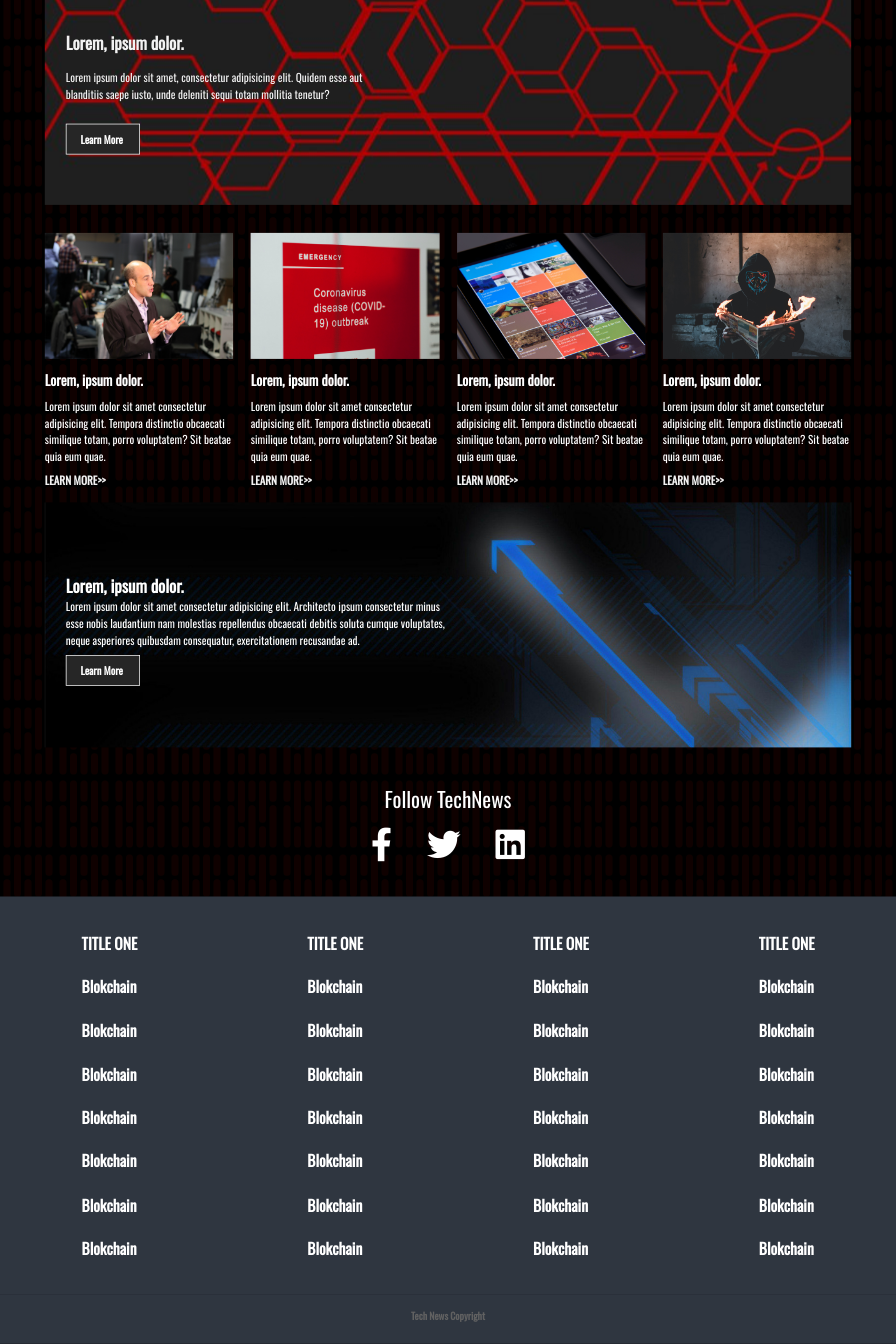
Repository: NickArregoces/News_Web
Page: index.html
These files come from the project's save history. The page is drawn as it stood at one moment and after the next save; the edit follows.
The browser window is 1280 px wide. The pictures show the part of the page from y = 1094 to 3014 px (the page is 3014 px tall before and 2962 px after), at 70% of full size.

Above is the page before, as saved 2021-12-24 21:20:35.

### index.html
<!DOCTYPE html>
<html lang="en">
<head>
    <meta charset="UTF-8">
    <meta http-equiv="X-UA-Compatible" content="IE=edge">
    <meta name="viewport" content="width=device-width, initial-scale=1.0">
    <title>TechNews</title>
    <!--FONT AWESOME-->
    <link rel="stylesheet" href="https://cdnjs.cloudflare.com/ajax/libs/font-awesome/6.0.0-beta3/css/all.min.css">

    <link rel="stylesheet" href="style.Css">
    <!--Oswald FONTS-->
    <link rel="preconnect" href="https://fonts.googleapis.com">
<link rel="preconnect" href="https://fonts.gstatic.com" crossorigin>
<link href="https://fonts.googleapis.com/css2?family=Oswald:wght@200;300;400&display=swap" rel="stylesheet">
</head>
<body>


    <div class="menu-btn">
        <i class="fas fa-bars fa-2x" ></i><!---fa-2x doble del tamañp-->

    </div>

    <div class="container">

        <nav class ="nav-main">
            <img src="img/brand.png" alt="" class="nav-brand">

            <ul class="nav-menu show">
                <li>
                    <a href="#">Web Development</a>
                </li>
                <li>
                    <a href="#">blochain</a>
                </li>
                <li>
                    <a href="#">Artificial Intelligence</a>
                </li>
                <li>
                    <a href="#">Machine Learning</a>
                </li>
                <li>
                    <a href="#">Quantum Computing</a>
                </li>
                <li>
                    <a href="#">Startup</a>
                </li>
                <li>
                    <a href="#">More</a>
                </li>
            </ul>
            <ul class="nav-menu-right">
                <li>
                    <a href="">
                        <i class="fas fa-search"></i>
                    </a>
                </li>
            </ul>
        </nav>
        <hr> <!--Crea una linea -->


        <!--Showcase=Imagen pricnipal-->
        <header class="showcase">
            <h2>Big News Today</h2>
            <p>Lorem ipsum dolor sit, amet consectetur adipisicing elit. A laboriosam eaque, praesentium suscipit velit harum cupiditate unde corrupti vitae, asperiores beatae quae. Minima veritatis quas blanditiis et assumenda aperiam voluptatum!</p>
        <!--lorem30 te crea 30 palabras-->
            <a class="btn" href="#">Read More>> <i class="fas fa-angles-double-right"></i></a>
        </header>

        <!--NEWS CARDS(COLUMNAS)-->
        <div class="news-cards">
            <div class="">
                <img src="img/news1.jpg" alt="News 1">
                <h3>Lorem, ipsum dolor.</h3>
                <p>Lorem ipsum dolor sit amet consectetur adipisicing elit. Tempora distinctio obcaecati similique totam, porro voluptatem? Sit beatae quia eum quae.</p>
                <a href="">Learn More>><i class="fas fa-amgle-dpuble-right"></i></a>
            </div>
            <div class="">
                <img src="img/news2.jpg" alt="News 2">
                <h3>Lorem, ipsum dolor.</h3>
                <p>Lorem ipsum dolor sit amet consectetur adipisicing elit. Tempora distinctio obcaecati similique totam, porro voluptatem? Sit beatae quia eum quae.</p>
                <a href="">Learn More>><i class fas fa-amgle-dpuble-right></i></a>
            </div>
            <div class="">
                <img src="img/news3.jpg" alt="News 3">
                <h3>Lorem, ipsum dolor.</h3>
                <p>Lorem ipsum dolor sit amet consectetur adipisicing elit. Tempora distinctio obcaecati similique totam, porro voluptatem? Sit beatae quia eum quae.</p>
                <a href="">Learn More>><i class="fas fa-amgle-dpuble-right" ></i></a>
            </div>
            <div class="">
                <img src="img/news4.jpg" alt="News 4">
                <h3>Lorem, ipsum dolor.</h3>
                <p>Lorem ipsum dolor sit amet consectetur adipisicing elit. Tempora distinctio obcaecati similique totam, porro voluptatem? Sit beatae quia eum quae.</p>
                <a href="">Learn More>><i class="fas fa-amgle-dpuble-right"></i></a>
            </div>
        </div>

        <div>

            <section class="cards-banner-one">
                <div class="content">
                    <h2>Lorem, ipsum dolor.</h2>
                    <p>Lorem ipsum dolor sit amet, consectetur adipisicing elit. Quidem esse aut blanditiis saepe iusto, unde deleniti sequi totam mollitia tenetur?</p>
                    <a href="#" class="btn">Learn More <i class="fas fa-amgle-dpuble-right"></i></a>
                </div>

            </section>

            <!--NEWS CARDS(COLUMNAS)-->
        <div class="news-cards">
            <div class="">
                <img src="img/news1.jpg" alt="News 1">
                <h3>Lorem, ipsum dolor.</h3>
                <p>Lorem ipsum dolor sit amet consectetur adipisicing elit. Tempora distinctio obcaecati similique totam, porro voluptatem? Sit beatae quia eum quae.</p>
                <a href="">Learn More>><i class="fas fa-amgle-dpuble-right"></i></a>
            </div>
            <div class="">
                <img src="img/news2.jpg" alt="News 2">
                <h3>Lorem, ipsum dolor.</h3>
                <p>Lorem ipsum dolor sit amet consectetur adipisicing elit. Tempora distinctio obcaecati similique totam, porro voluptatem? Sit beatae quia eum quae.</p>
                <a href="">Learn More>><i class fas fa-amgle-dpuble-right></i></a>
            </div>
            <div class="">
                <img src="img/news3.jpg" alt="News 3">
                <h3>Lorem, ipsum dolor.</h3>
                <p>Lorem ipsum dolor sit amet consectetur adipisicing elit. Tempora distinctio obcaecati similique totam, porro voluptatem? Sit beatae quia eum quae.</p>
                <a href="">Learn More>><i class="fas fa-amgle-dpuble-right" ></i></a>
            </div>
            <div class="">
                <img src="img/news4.jpg" alt="News 4">
                <h3>Lorem, ipsum dolor.</h3>
                <p>Lorem ipsum dolor sit amet consectetur adipisicing elit. Tempora distinctio obcaecati similique totam, porro voluptatem? Sit beatae quia eum quae.</p>
                <a href="">Learn More>><i class="fas fa-amgle-dpuble-right"></i></a>
            </div>
        </div>

        <section class="cards-banner-two">
            <div class="content">
                <h2>Lorem, ipsum dolor.</h2>
                <p>Lorem ipsum dolor sit amet consectetur adipisicing elit. Architecto ipsum consectetur minus esse nobis laudantium nam molestias repellendus obcaecati debitis soluta cumque voluptates, neque asperiores quibusdam consequatur, exercitationem recusandae ad.</p>
                <a href="#" class="btn">Learn More <i class="fas fa-angles-double-right"></i> </a>
            </div>
        </section>

        <section class="social">

                <p> Follow TechNews</p>
                <div class="links">
                    <a href="#"><!--Se crean lo iconos automaticamente-->
                        <i class="fab fa-facebook-f"></i>
                    </a>
                <a href="#">
                    <i class="fab fa-twitter"></i>
                </a>
                <a href="#">
                    <i class="fab fa-linkedin"></i>
                </a>

                </div>

        </section>

        </div>

    </div>

    <div class="footer-links">
        <div class="footer-container">
            <ul>
                <li>
                    <a href="#">
                        <h3>TITLE ONE</h3>
                    </a>
                </li>
                <li>
                    <a href="#">
                        <h3>Blokchain</h3>
                    </a>
                </li>
                <li>
                    <a href="#">
                        <h3>Blokchain</h3>
                    </a>
                </li>
                <li>
                    <a href="#">
                        <h3>Blokchain</h3>
                    </a>
                </li>
                <li>
                    <a href="#">
                        <h3>Blokchain</h3>
                    </a>
                </li>
                <li>
                    <a href="#">
                        <h3>Blokchain</h3>
                    </a>
                </li>
                <li>
                    <a href="#">
                        <h3>Blokchain</h3>
                    </a>
                </li>
                <li>
                    <a href="#">
                        <h3>Blokchain</h3>
                    </a>
                </li>
            </ul>

            <ul>
                <li>
                    <a href="#">
                        <h3>TITLE ONE</h3>
                    </a>
                </li>
                <li>
                    <a href="#">
                        <h3>Blokchain</h3>
                    </a>
                </li>
                <li>
                    <a href="#">
                        <h3>Blokchain</h3>
                    </a>
                </li>
                <li>
                    <a href="#">
                        <h3>Blokchain</h3>
                    </a>
                </li>
                <li>
                    <a href="#">
                        <h3>Blokchain</h3>
                    </a>
                </li>
                <li>
                    <a href="#">
                        <h3>Blokchain</h3>
                    </a>
                </li>
                <li>
                    <a href="#">
                        <h3>Blokchain</h3>
                    </a>
                </li>
                <li>
                    <a href="#">
                        <h3>Blokchain</h3>
                    </a>
                </li>
            </ul>

            <ul>
                <li>
                    <a href="#">
                        <h3>TITLE ONE</h3>
                    </a>
                </li>
                <li>
                    <a href="#">
                        <h3>Blokchain</h3>
                    </a>
                </li>
                <li>
                    <a href="#">
                        <h3>Blokchain</h3>
                    </a>
                </li>
                <li>
                    <a href="#">
                        <h3>Blokchain</h3>
                    </a>
                </li>
                <li>
                    <a href="#">
                        <h3>Blokchain</h3>
                    </a>
                </li>
                <li>
                    <a href="#">
                        <h3>Blokchain</h3>
                    </a>
                </li>
                <li>
                    <a href="#">
                        <h3>Blokchain</h3>
                    </a>
                </li>
                <li>
                    <a href="#">
                        <h3>Blokchain</h3>
                    </a>
                </li>
            </ul>

            <ul>
                <li>
                    <a href="#">
                        <h3>TITLE ONE</h3>
                    </a>
                </li>
                <li>
                    <a href="#">
                        <h3>Blokchain</h3>
                    </a>
                </li>
                <li>
                    <a href="#">
                        <h3>Blokchain</h3>
                    </a>
                </li>
                <li>
                    <a href="#">
                        <h3>Blokchain</h3>
                    </a>
                </li>
                <li>
                    <a href="#">
                        <h3>Blokchain</h3>
                    </a>
                </li>
                <li>
                    <a href="#">
                        <h3>Blokchain</h3>
                    </a>
                </li>
                <li>
                    <a href="#">
                        <h3>Blokchain</h3>
                    </a>
                </li>
                <li>
                    <a href="#">
                        <h3>Blokchain</h3>
                    </a>
                </li>
            </ul>
        </div>
    </div>

    <footer class="footer">
        <h3>Tech News Copyright</h3>
    </footer>

    <script src="./main.js" ></script>
</body>
</html>

### style.Css
*{
    box-sizing: border-box;
    margin: 0;
    padding: 0;
}

body{
    background:#000000;
    color:#ffff;
    background-color: #000000;
    background-image: url("data:[embedded picture, 663 characters]");
    font-size: 16px;
    font-family: 'Oswald', sans-serif;
}

a{
    color: #ffff;
    text-decoration: none;
}

ul{
    list-style: none;
}
.container{
    width: 90%;/*responsive*/
    margin: auto;
    color: #ffff;/*MIO*/
}
/*Navigation*/
.nav-main{
    font-size: 17px;
    display: flex;/*Elememnto al lado de otro*/
    justify-content: space-between;
    align-items: center;
    height: 60px;
    padding: 20px 0px;
}
.nav-brand{
    width: 50px;
}

/*Nav Left*/
.nav-main ul{
    display:flex;
}

.nav-main ul li{
    padding: 10px;
}

.nav-main ul li a{
    padding: 6px;
}

.nav-main ul li a:hover {
    border-bottom: 2px solid #ffffff;
}
.nav-main ul.nav-menu{
    flex:1;
    margin-left: 20px;
}

.menu-btn {
    position: absolute;
    cursor: pointer;
    top: 15px;
    right: 30px;
    z-index: 2;
}

/*Showcase*/
hr{
    margin:10px 0px;
}
.showcase{
    width: 100%;
    height: 550px;
    /*Arreglar img */
    background: url(/img/showcase2.jpg) no-repeat center center/cover;
    padding: 50px;
    margin-bottom: 20px;/*Margen interna*/
    display:flex;
    flex-direction: column;
    align-items: center;/*centrar P*/
    justify-content: flex-end; /*p al final*/
}

.btn{
    cursor: pointer;
    display: inline-block;
    border: 0;
    font-weight: bold;
    padding: 10px 20px;
    background: #262626;
    color:#ffffff;
    font-size: 15px;
    border: 1px solid #ffff;
    margin:10px 0px;
}

.btn:hover{
    opacity: 0.7;
}

.showcase h2,
.showcase p{
    margin-bottom: 10px;
}

/*News CARS*/
.news-cards{
    display: grid;
    grid-template-columns: 1fr 1fr 1fr 1fr;/*4 columnas*/
    gap: 25px;/*espaciado card*/
    margin: 10px 0;
}

.news-cards img{
    width:100%;
    height:  180px;
}

.news-cards h3{
    font-size: 20px;
    margin:  10px 0;

}

.news-cards a{
    padding: 10px 0;
    color: #f2f2f2;
    text-transform: uppercase;
    display: inline-block;
    font-weight: bold;
}

.news-cards a:hover{
    text-decoration: underline; /*Line debajo*/
}

/*Cards-banner-one*/

.cards-banner-one {
    width: 100%;
    height: 350px;
    background: url(./img/tech-red.jpg) no-repeat center/cover;;
    margin-bottom: 40px;
}
.cards-banner-one .content{
    width: 40%;
    padding: 90px 0 0 30px;
    color: #f2f2f2;
}

.cards-banner-one p,
.cards-banner-one h2{
    margin: 10px 0 20px 0;
}

/*CARDS BANNER TWO*/

.cards-banner-two{
    background: url(./img/image-five.jpg) no-repeat center/cover;
    width: 100%;
    height: 350px;
}

.cards-banner-two .content{
    width: 50%;
    padding: 100px 0 0 30px;
}

/*Social*/
.social{
    margin: 50px;
}

.social p{
    text-align: center;
    font-size: 30px;
    margin-bottom: 20px;
}

.links{
    display: flex;
    align-items: center;
    justify-content: center;
}

.links a{
    margin: 0 25px;
}
.links a i{
    font-size: 3rem;
}

/*Footer-Links*/

.footer-links{
    background: #2f3640;
    color: #616161;
    font-size: 19px;
    padding: 35px 0;
}

.footer-container {
    display: grid;/*activa grid*/
    grid-template-columns: repeat(4, 1fr);
    gap: 10px;
    align-items: flex-start;
    justify-content: center;
}

.footer-container ul{
    margin:0 auto; /*Automaticamente margen separadas*/
}
.footer-container ul li{
    line-height: 2.8;
}

.footer{
    background: #2f3640;
    color: #616161;
    font-size: 12px;
    padding:20px 0;
    text-align: center;
    padding-bottom: 30px;
}

/*!RESPONSIVE*/
@media (max-width: 700px) {

    .nav-main ul.nav-menu{
        display: block; /*Los elementos de bajan en linea*/
        position: absolute;
        top: 0;
        left: 0;/*Para que quede al borde*/
        background: #2f3640;
        height: 100%;
        padding: 30px;
        opacity: .9;
        transform: translateX(-400px);/*se muestre el boton*/
        transition: transform .5s ease-in-out ;
    }

    .nav-main ul.nav-menu.show{
        transform: translateX(-20px);
    }

    .nav-main ul.nav-menu li{
        padding: 20px;
        /*border-bottom: #ccc solid 1px  para borde abajo*/
        font-size: 14px;
    }

    .nav-main ul.nav-menu-right{
        margin-right: 40px;
    }
    .news-cards {
        grid-template-columns: repeat(2, 1fr);
    }

    .cards-banner-one .content,
    .cards-banner-two .content{
        width: 80%;
    }

    .footer-links .footer-container{
        grid-template-columns: repeat(2, 1fr);
    }
}

@media (max-width: 500px) {
    .news-cards {
        grid-template-columns: 1fr;/* 1 columna*/
    }

    .news-cards img{
        height:  270px;
    }

    .cards-banner-two .content,
    .cards-banner-one .content{
        width: 100%;
        padding: 60px 20px;
    }

    .footer-links .footer-container{
        grid-template-columns: 1fr;
    }
}

### main.js
// boton
document.querySelector('.menu-btn').addEventListener('click', () => {// seleccionar un documento clase btn
    document.querySelector('.nav-menu').classList.toggle('show'); // claslist añadir o quitar la clase show
});

After the next save:
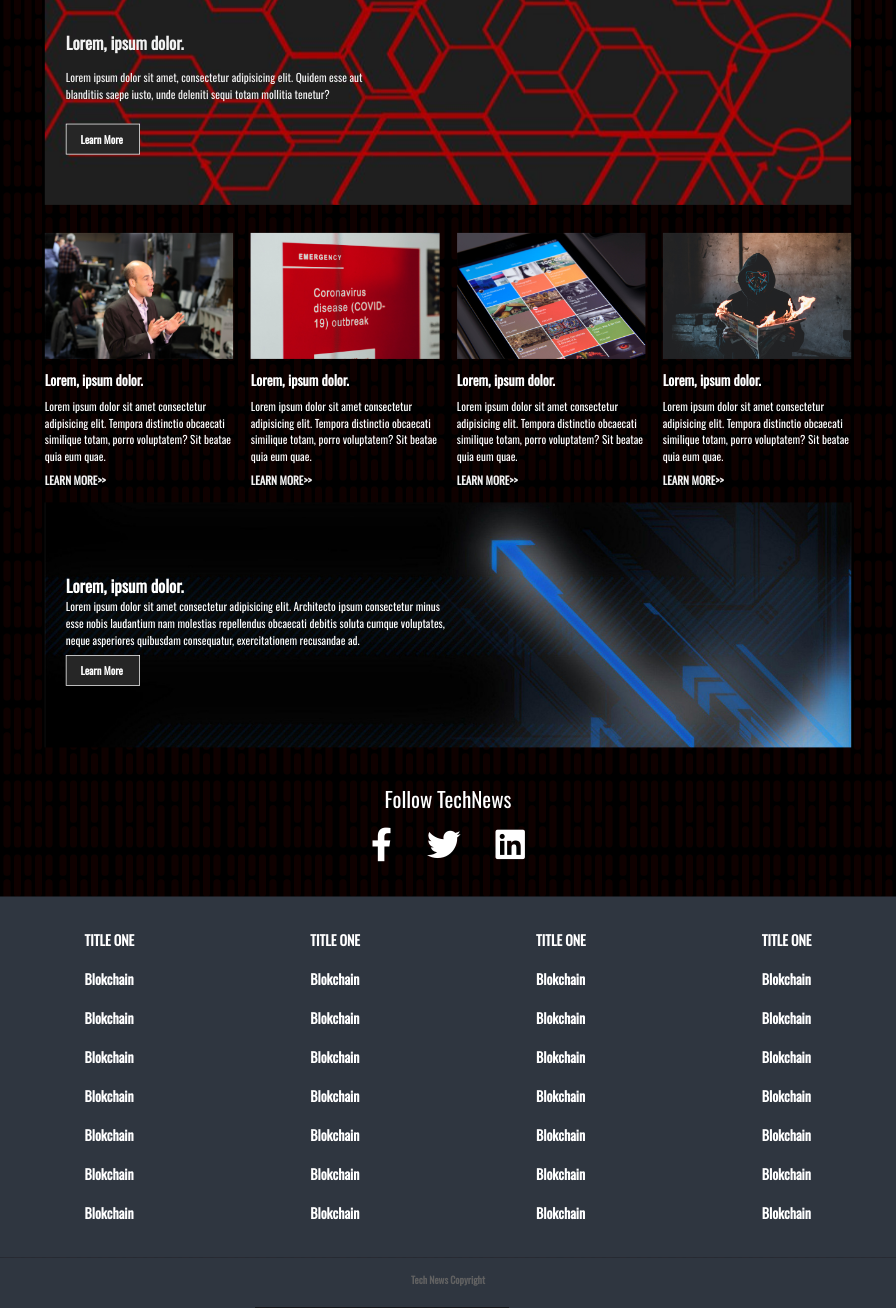
Saved 9 s later.
--- a/style.Css
+++ b/style.Css
@@ -199,7 +199,7 @@ hr{
 .footer-links{
     background: #2f3640;
     color: #616161;
-    font-size: 19px;
+    font-size: 17px;
     padding: 35px 0;
 }
 
